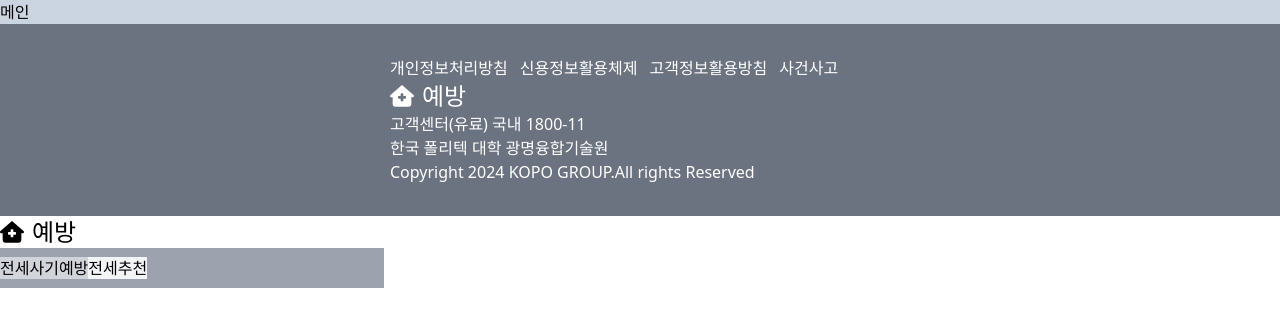
Repository: hanaTI-team-1/frontend
Page: /
The author's editor kept a copy of each file at every save. The page is drawn from the files as they stood at one save, then again after the next save.
The browser window is 1280 px wide. The pictures show the whole page.
The project was rebuilt for these pictures with package versions that can differ from the ones it lists, and the page was loaded fresh each time. Also part of the build but not shown: vite.config.js, src/App.css, src/components/Recommend.jsx, src/components/Protect.jsx.

Above is the page before, as saved 2024-07-11 20:58:45.

### src/App.jsx
import { Route, Routes } from "react-router-dom";
import "./App.css";
import Main from "./components/Main";
import Recommend from "./components/Recommend";
import Protect from "./components/Protect";

function App() {
  return (
    <>
      <Routes>
        <Route path="/" element={<Main />} />
        <Route path="/protect" element={<Protect />} />
        <Route path="/recommend" element={<Recommend />} />
      </Routes>
    </>
  );
}

export default App;

### src/components/Main.jsx
import { Footer } from './Footer';
import { Header } from './Header';

export default function Main() {
  return (
    <>
      <div className="bg-slate-300">메인</div>
      <Footer />
      <Header />
    </>
  );
}

### src/components/Footer.jsx
import { Logo } from './Logo'

export const Footer = () => {
  return <footer className='h-48 flex items-center justify-center bg-gray-500 text-white'>
    <div className='min-w-[500px]'>
      <nav>
        <ul className='flex gap-3'>
          <li className='cursor-pointer'>개인정보처리방침</li>
          <li className='cursor-pointer'>신용정보활용체제</li>
          <li className='cursor-pointer'>고객정보활용방침</li>
          <li className='cursor-pointer'>사건사고</li>
        </ul>
      </nav>
      <div><Logo /></div>
      <div>고객센터(유료) 국내 1800-11</div>
      <div>한국 폴리텍 대학 광명융합기술원</div>
      <div>Copyright 2024 KOPO GROUP.All rights Reserved</div>
    </div>
  </footer>
}

### src/components/Header.jsx
import { Logo } from './Logo'
import { Link } from 'react-router-dom'

export const Header = () => {
  return <header>
    <Logo />
    <nav className='flex'>
      {/* 클릭하면 /proctect로 이동 */}
      <div className='bg-gray-400 w-96'>
        <Link to={"/protect"}
          className='h-10 duration-150 leading-10 bg-gray-300 text-center w-48 cursor-pointer hover:bg-gray-500 hover:rounded-r-full'
        >
          전세사기예방
        </Link>
        {/* 클릭하면 /로 이동 */}
        <Link to={"/recommend"}
          className='h-10 duration-150 leading-10 bg-gray-100 text-center w-48 cursor-pointer hover:bg-gray-200 hover:rounded-l-full'
        >
          전세추천
        </Link>
      </div>

    </nav>
    <div />
  </header>

}

### src/components/Logo.jsx
import { FaHouseMedical } from 'react-icons/fa6'
import { Link } from 'react-router-dom'

export const Logo = () => {
  return <Link to={"/"} className='flex items-center gap-2 cursor-pointer'>
    <FaHouseMedical size={24} />
    <span className='text-2xl'>예방</span>
  </Link>
}

Loaded but not shown: index.html (common file); src/main.jsx (common file); src/index.css (common file); tailwind.config.js (common file)

After the next save:
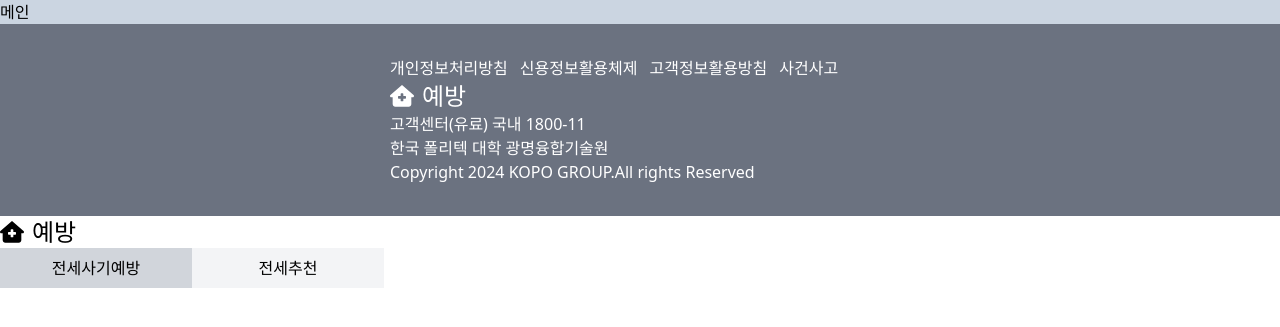
Saved 16 s later.
--- a/src/components/Header.jsx
+++ b/src/components/Header.jsx
@@ -6,7 +6,7 @@ export const Header = () => {
     <Logo />
     <nav className='flex'>
       {/* 클릭하면 /proctect로 이동 */}
-      <div className='bg-gray-400 w-96'>
+      <div className='bg-gray-400 w-96 flex'>
         <Link to={"/protect"}
           className='h-10 duration-150 leading-10 bg-gray-300 text-center w-48 cursor-pointer hover:bg-gray-500 hover:rounded-r-full'
         >
